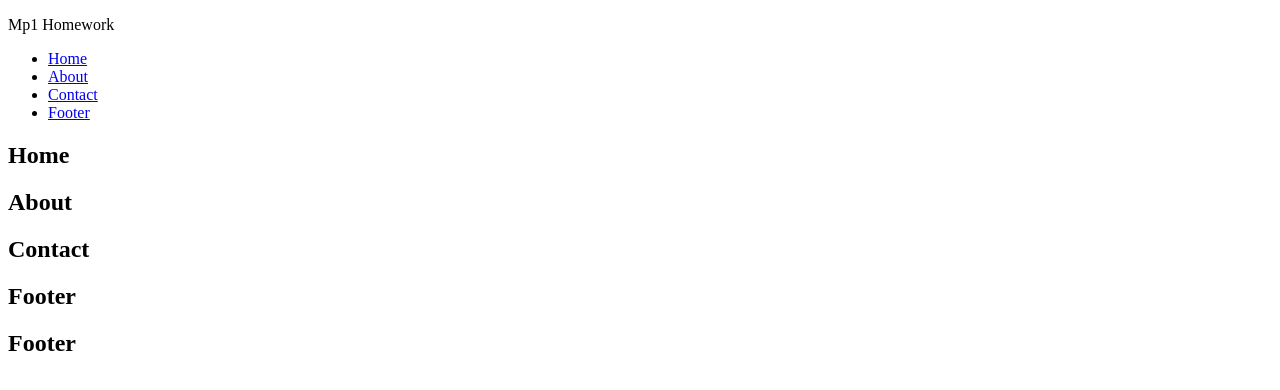
Repository: sallyr0823/web-development
Page: mp1/src/index.html
The author's editor kept a copy of each file at every save. The page is drawn from the files as they stood at one save, then again after a run of saves.
The browser window is 1280 px wide. The pictures show the whole page.

Above is the page before, as saved 2023-09-20 14:24:14.

After the next 2 saves:
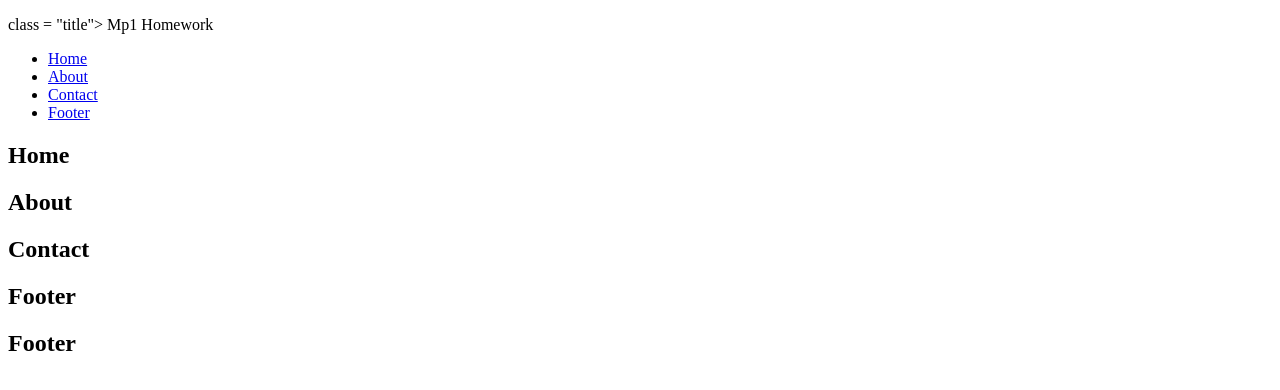
The 2 saves are shown as one change because they came seconds apart.
The last was saved 6 s later.
--- a/mp1/src/index.html
+++ b/mp1/src/index.html
@@ -9,7 +9,7 @@
     <body>
         <nav>
             <div class="container">
-                <p class = "title"> Mp1 Homework</p>
+                <p>class = "title"> Mp1 Homework</p>
               <ul>
                 <li class="home"><a href="#home">Home</a></li>
                 <li class="about"><a href="#about">About</a></li>

After the save that followed:
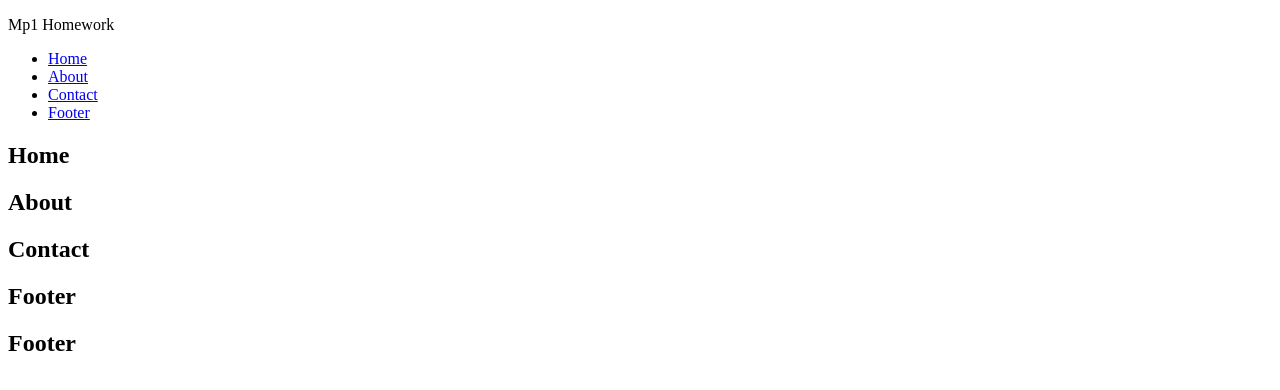
Saved 7 s later.
--- a/mp1/src/index.html
+++ b/mp1/src/index.html
@@ -9,7 +9,7 @@
     <body>
         <nav>
             <div class="container">
-                <p>class = "title"> Mp1 Homework</p>
+                <p class = "title"> Mp1 Homework</p>
               <ul>
                 <li class="home"><a href="#home">Home</a></li>
                 <li class="about"><a href="#about">About</a></li>
